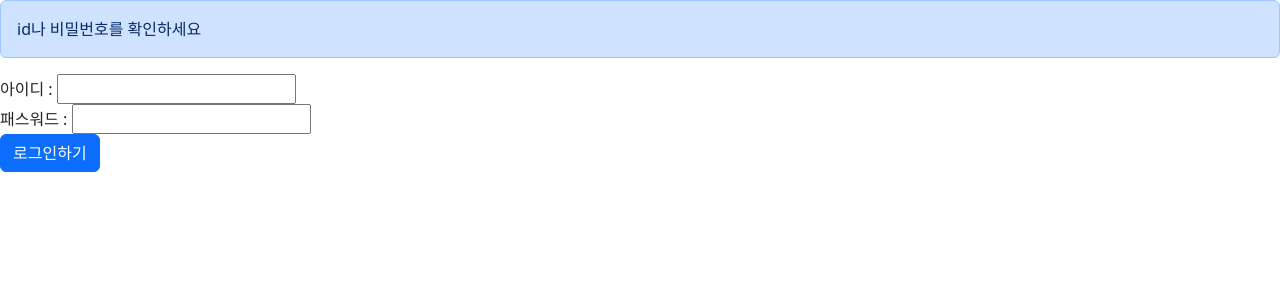
Repository: cheez0909/JSP
Page: http://localhost/1103/session/LoginProcess.jsp
These files come from the project's save history. The page is drawn as it stood at one moment and after the next save; the edit follows.
The browser window is 1280 px wide. The pictures show the whole page.
The page is served by Tomcat 9. Queries for data that is not in the repository find no rows.

Above is the page before, as saved 2023-11-08 06:02:18.

After the next save:
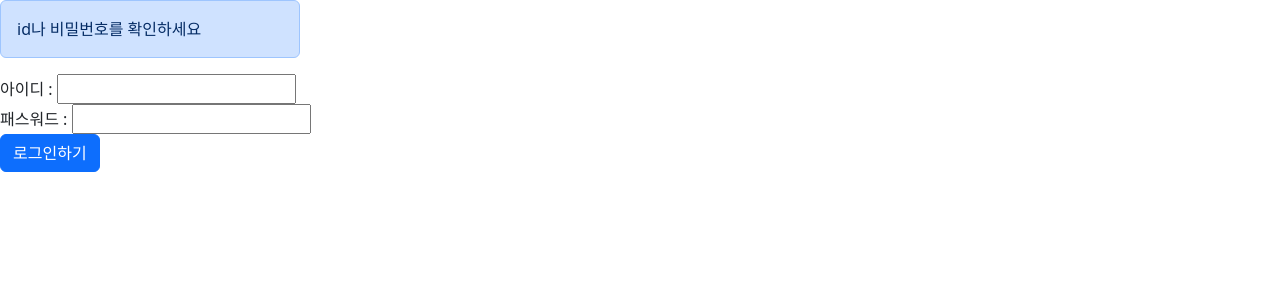
Saved 8 s later.
--- a/1103/src/main/webapp/session/loginForm.jsp
+++ b/1103/src/main/webapp/session/loginForm.jsp
@@ -9,7 +9,7 @@
 </head>
 <style>
 .alert{
-	width : inherit;
+	width : 300px;
 }
 
 </style>
